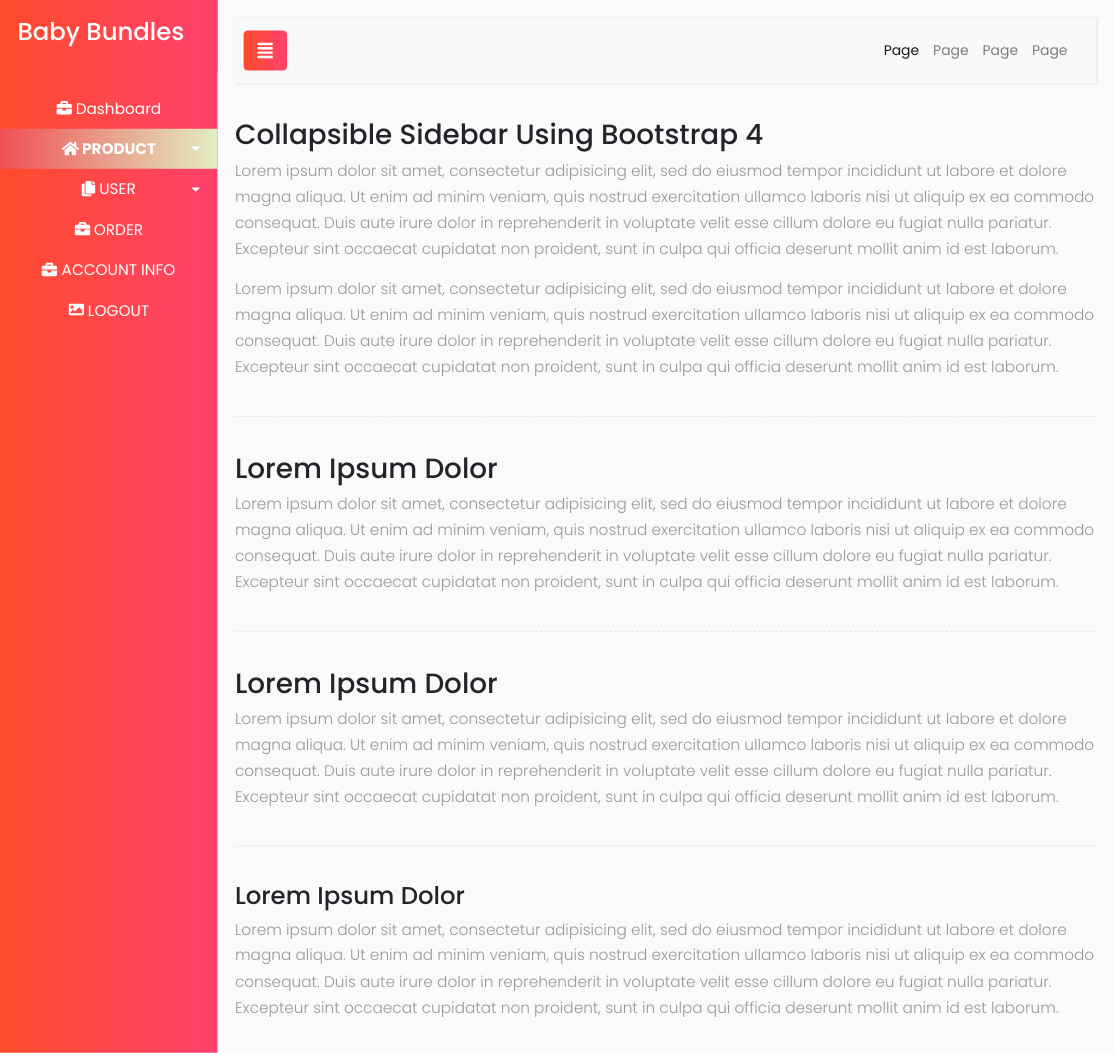
Repository: jiahow99/Baby-Bundles-University
Page: http://localhost/admin.php
An editor plug-in stored every save of this project. The page is shown before and after the next save, followed by the edit.
The browser window is 1280 px wide. The pictures show the whole page, at 87% of full size.
Some web libraries are served in a nearby version. The page is run by PHP 8.4 with error messages shown; the project is at /var/www/html/.

Above is the page before, as saved 2022-11-24 17:15:36.

After the next save:
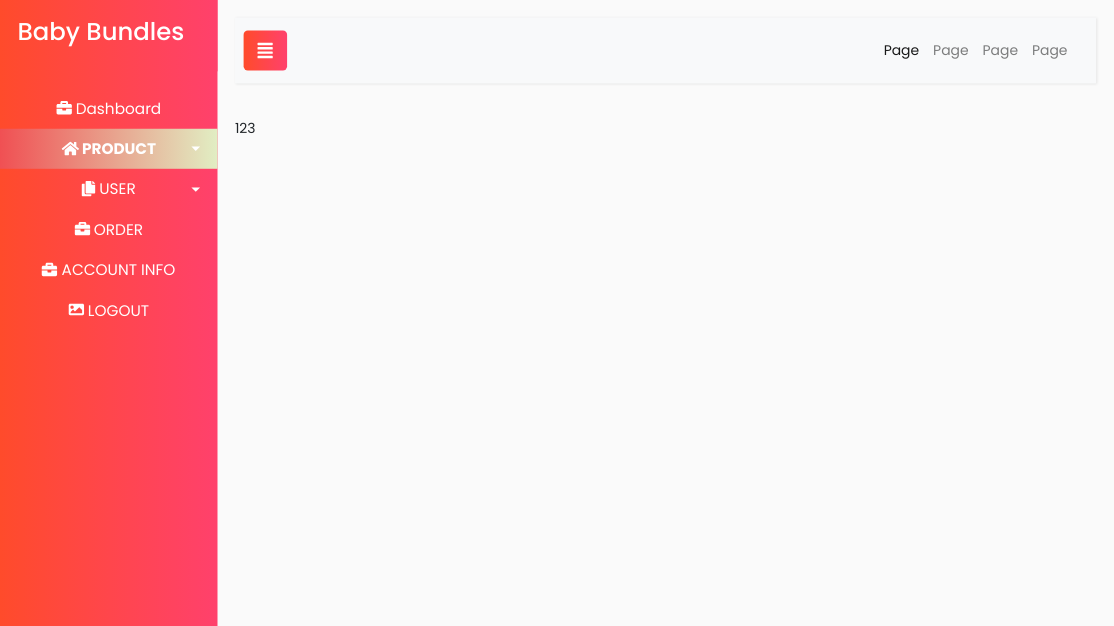
Saved 116 s later.
--- a/admin.php
+++ b/admin.php
@@ -132,25 +132,9 @@
                 </div>
             </nav>
 
-            <h2>Collapsible Sidebar Using Bootstrap 4</h2>
-            <p>Lorem ipsum dolor sit amet, consectetur adipisicing elit, sed do eiusmod tempor incididunt ut labore et dolore magna aliqua. Ut enim ad minim veniam, quis nostrud exercitation ullamco laboris nisi ut aliquip ex ea commodo consequat. Duis aute irure dolor in reprehenderit in voluptate velit esse cillum dolore eu fugiat nulla pariatur. Excepteur sint occaecat cupidatat non proident, sunt in culpa qui officia deserunt mollit anim id est laborum.</p>
-            <p>Lorem ipsum dolor sit amet, consectetur adipisicing elit, sed do eiusmod tempor incididunt ut labore et dolore magna aliqua. Ut enim ad minim veniam, quis nostrud exercitation ullamco laboris nisi ut aliquip ex ea commodo consequat. Duis aute irure dolor in reprehenderit in voluptate velit esse cillum dolore eu fugiat nulla pariatur. Excepteur sint occaecat cupidatat non proident, sunt in culpa qui officia deserunt mollit anim id est laborum.</p>
-
-            <div class="line"></div>
-
-            <h2>Lorem Ipsum Dolor</h2>
-            <p>Lorem ipsum dolor sit amet, consectetur adipisicing elit, sed do eiusmod tempor incididunt ut labore et dolore magna aliqua. Ut enim ad minim veniam, quis nostrud exercitation ullamco laboris nisi ut aliquip ex ea commodo consequat. Duis aute irure dolor in reprehenderit in voluptate velit esse cillum dolore eu fugiat nulla pariatur. Excepteur sint occaecat cupidatat non proident, sunt in culpa qui officia deserunt mollit anim id est laborum.</p>
-
-            <div class="line"></div>
-
-            <h2>Lorem Ipsum Dolor</h2>
-            <p>Lorem ipsum dolor sit amet, consectetur adipisicing elit, sed do eiusmod tempor incididunt ut labore et dolore magna aliqua. Ut enim ad minim veniam, quis nostrud exercitation ullamco laboris nisi ut aliquip ex ea commodo consequat. Duis aute irure dolor in reprehenderit in voluptate velit esse cillum dolore eu fugiat nulla pariatur. Excepteur sint occaecat cupidatat non proident, sunt in culpa qui officia deserunt mollit anim id est laborum.</p>
-
-            <div class="line"></div>
-
-            <h3>Lorem Ipsum Dolor</h3>
-            <p>Lorem ipsum dolor sit amet, consectetur adipisicing elit, sed do eiusmod tempor incididunt ut labore et dolore magna aliqua. Ut enim ad minim veniam, quis nostrud exercitation ullamco laboris nisi ut aliquip ex ea commodo consequat. Duis aute irure dolor in reprehenderit in voluptate velit esse cillum dolore eu fugiat nulla pariatur. Excepteur sint occaecat cupidatat non proident, sunt in culpa qui officia deserunt mollit anim id est laborum.</p>
-        </div>
+            <div class="row">
+                <div class="col-1">123</div>
+            </div>
     </div>
 
     <!-- jQuery CDN - Slim version (=without AJAX) -->
